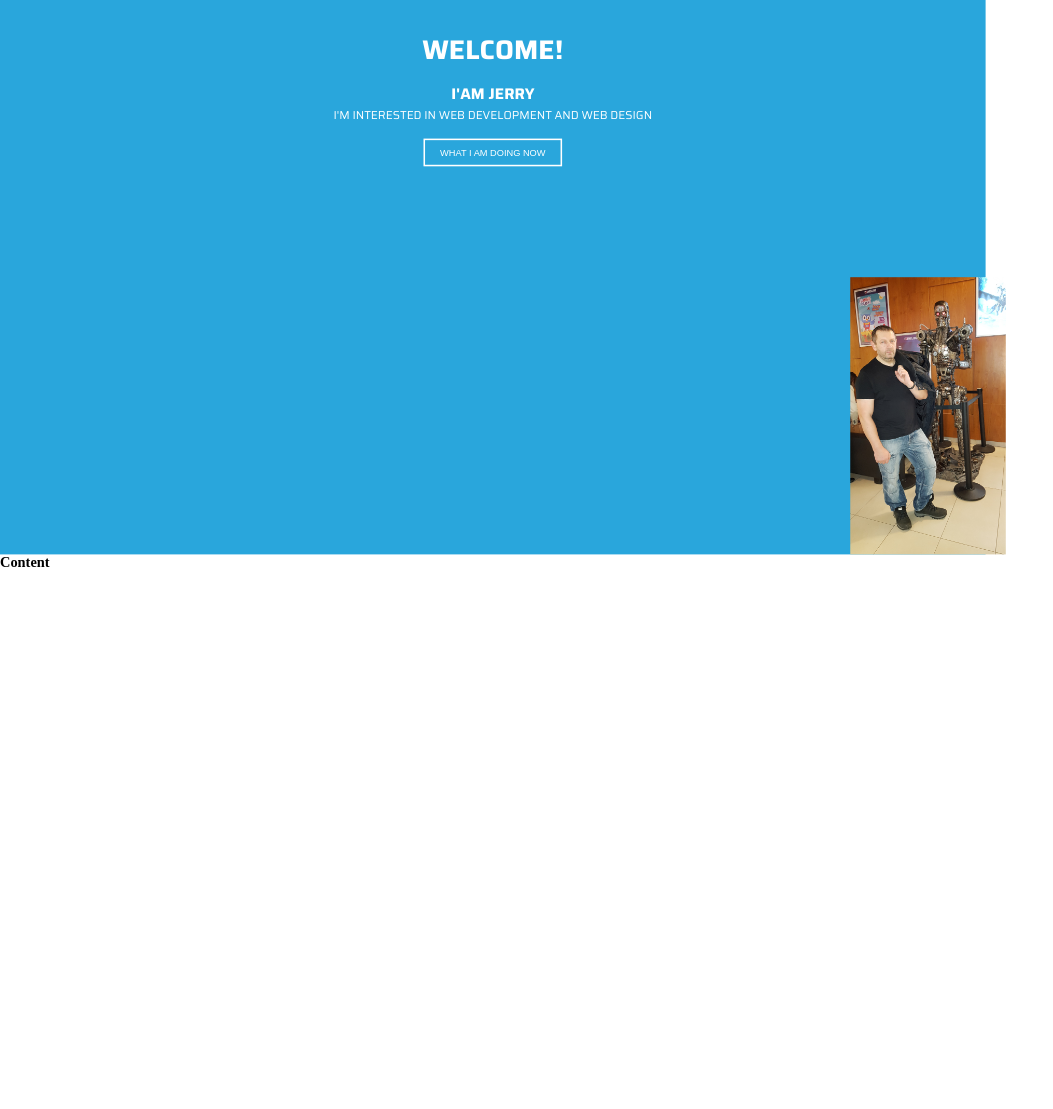
Repository: navanweb/dev
Page: jerry.html
These files come from the project's save history. The page is drawn as it stood at one moment and after the next save; the edit follows.
The browser window is 1280 px wide. The page is 1306 px wide, then 1367 px, so the pictures cover 1367 px, including what lies to the right of the window. The pictures show the whole page, at 77% of full size.

Above is the page before, as saved 2019-04-06 19:41:02.

### jerry.html
<!DOCTYPE html>
<html>

<head>
  <meta charset="UTF-8">
  <meta name="viewport" content="width=device-width, initial-scale=1.0">
  <meta http-equiv="X-UA-Compatible" content="ie=edge">
  <title>Jerry</title>
  <link href="https://fonts.googleapis.com/css?family=Saira:400,700" rel="stylesheet">
  <link rel="stylesheet" type="text/css" href="css/jerry.css">
</head>

<body>
  <header>
    <div class="welcome">
      <p>welcome!</p>
      <h1>I'am Jerry</h1>
      <h2>I'm interested in web development and web design</h2>
      <button>what I am doing now</button>
    </div>
    <img src="images/jerry.jpg" alt="Jerry photo PCWitcher">
  </header>
  <h3>Content</h3>
</body>

</html>

### css/jerry.css
/* font-family: 'Saira', sans-serif; */

* {
    margin: 0;
    padding: 0;
    box-sizing: border-box;
}

header {
    position: relative;
    background-color: #29a6dc;
    height: 100vh;
    /* overflow: hidden; */
    /* max-width: 1920px; */
    /* margin: 0 auto; */
}

header>* {
    position: absolute;
}

header img {
    height: 50%;
    bottom: 0;
    transform: translateX(50%);
}

header .welcome {
    top: 5%;
    left: 5%;
    right: 5%;
}

header div {
    text-align: center;
    font-family: 'Saira', sans-serif;
    font-weight: bold;
    font-size: 35px;
    color: white;
    text-transform: uppercase;
}

header h1 {
    font-size: 20px;
    margin-top: 15px;
}

header h2 {
    font-size: 15px;
    font-weight: 400;
}

header button {
    line-height: 32px;
    padding: 0 20px;
    text-transform: uppercase;
    color: white;
    background-color: transparent;
    font-size: 12px;
    border: 2px solid white;
}

@media (orientation:landscape) {
    header img {
        height: 50%;
        bottom: 0;
        right: 75px;
    }

}

h3 {
    height: 100vh;
}

After the next save:
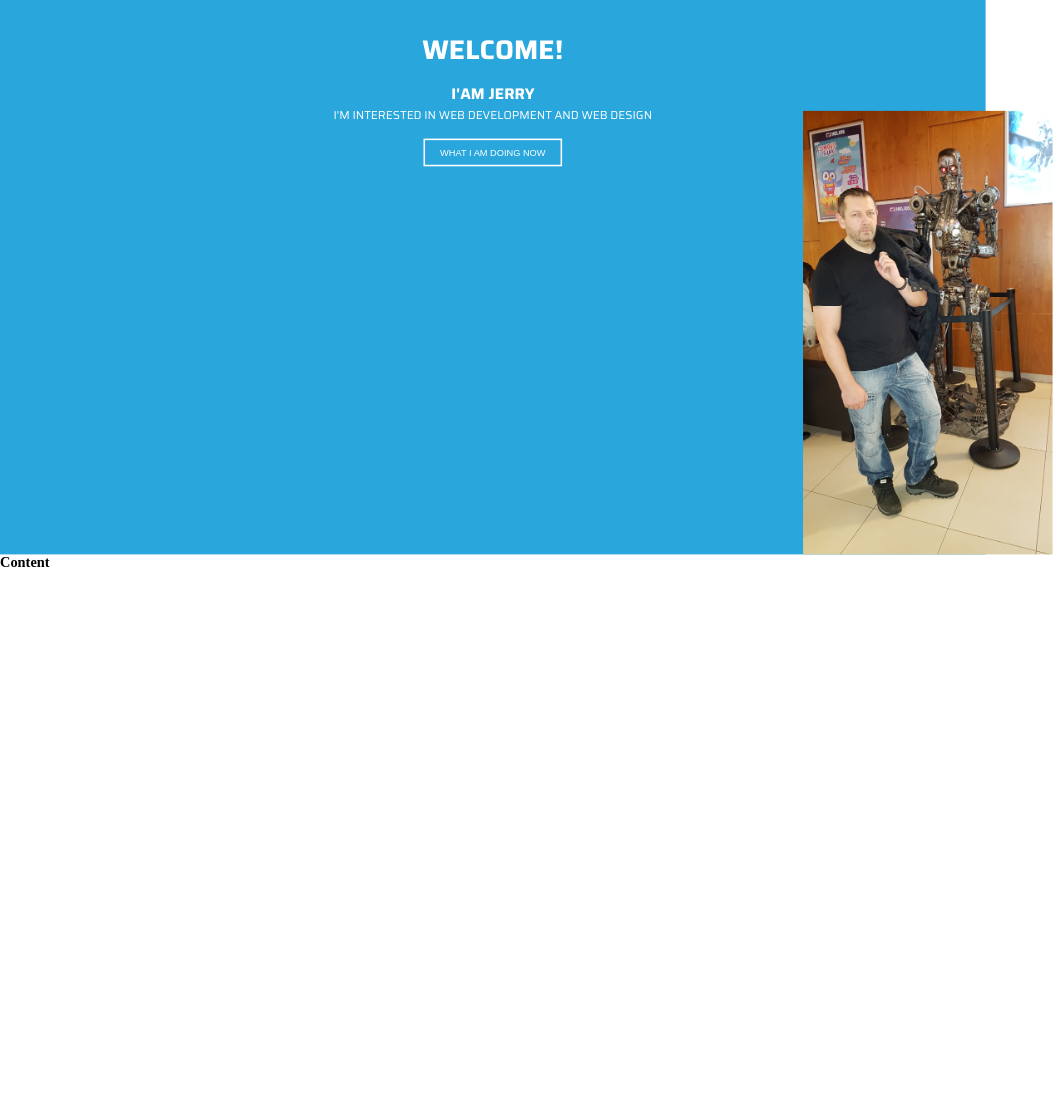
Saved 67 s later.
--- a/css/jerry.css
+++ b/css/jerry.css
@@ -62,7 +62,7 @@ header button {
 
 @media (orientation:landscape) {
     header img {
-        height: 50%;
+        height: 80%;
         bottom: 0;
         right: 75px;
     }
